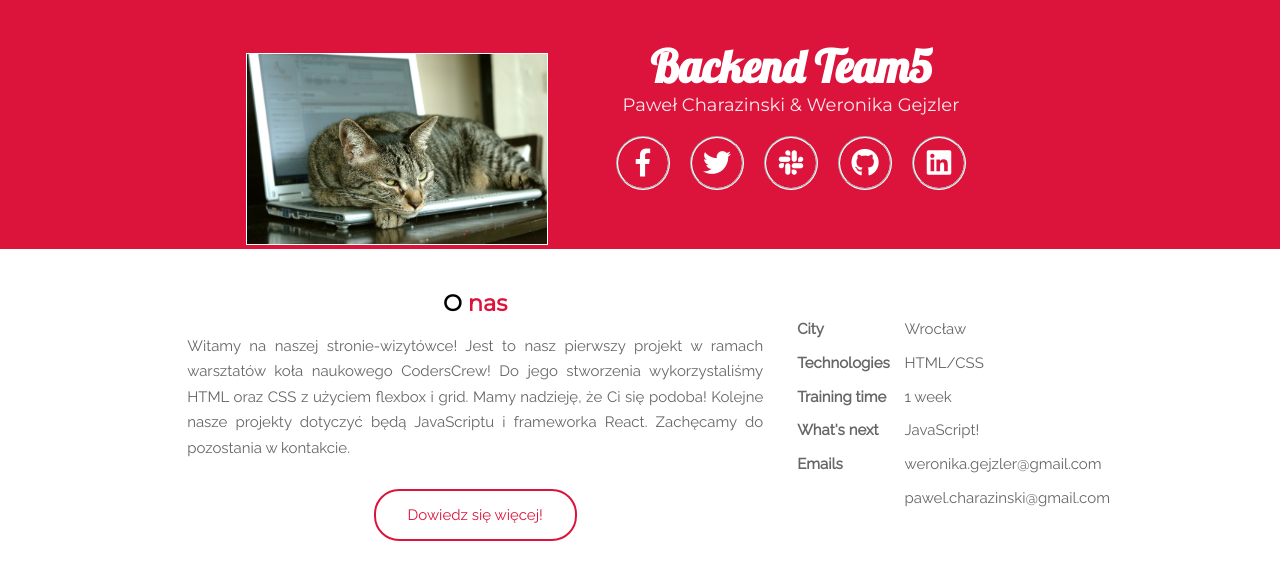
Repository: pietruszka/cc_proj1
Page: index.html
These files come from the project's save history. The page is drawn as it stood at one moment and after a run of saves; the edit follows.
The browser window is 1280 px wide. The pictures show the whole page.
Some web libraries are served in a nearby version.

Above is the page before, as saved 2018-11-18 20:56:52.

### index.html
<!DOCTYPE html>
<html lang="en">

<head>
    <meta charset="UTF-8">
    <meta name="viewport" content="width=device-width, initial-scale=1.0">
    <link rel="stylesheet" href="./style.css" />
    <link href="https://fonts.googleapis.com/css?family=Lobster" rel="stylesheet">
    <link href="https://use.fontawesome.com/releases/v5.0.8/css/all.css" rel="stylesheet">
    <link href="https://fonts.googleapis.com/css?family=Montserrat" rel="stylesheet">
    <link href="https://fonts.googleapis.com/css?family=Raleway" rel="stylesheet">
    <title>BackendTeam5</title>
</head>

<body>


        <div id="top">
            <div id="photo"><img id="photo1" src="people.jpg" alt=""></div>
            <div id="heading">


               <h1 id="heading1">Backend Team5</h1>
               <h2 id="heading2">Paweł Charazinski &amp; Weronika Gejzler</h2>
               <div class="nav">

                <div class="nav-item">
                    <a href="#" class="fab fa-facebook-f"></a>
                </div>
                <div class="nav-item">
                    <a href="#" class="fab fa-twitter"></a>
                </div>

                <div class="nav-item">
                    <a href="#" class="fab fa-slack"></a>
                </div>
                <div class="nav-item">
                    <a href="#" class="fab fa-github"></a>
                </div>
                <div class="nav-item">
                    <a href="#" class="fab fa-linkedin"></a>
                </div>
            </div>


            </div>

        </div>

        <div id="bottom">
            <div id="about">
<h1 id="h_about">O <span style="color:crimson">nas</span></h1>
<p id="p_about">Witamy na naszej stronie-wizytówce! Jest to nasz pierwszy projekt w ramach warsztatów koła naukowego CodersCrew! Do jego stworzenia wykorzystaliśmy HTML oraz CSS z użyciem flexbox i grid. Mamy nadzieję, że Ci się podoba! Kolejne nasze projekty dotyczyć będą JavaScriptu i frameworka React. Zachęcamy do pozostania w kontakcie.</p>
<div id="button">Dowiedz się więcej!</div>


            </div>
            <div id="details">
<table>
    <tr>
        <td class="table"><b>City</b></td>
        <td class="table">Wrocław</td>
    </tr>
    <tr>
        <td class="table"><b>Technologies</b></td>
        <td class="table">HTML/CSS</td>
    </tr>
    <tr>
        <td class="table"><b>Training time</b></td>
        <td class="table">1 week</td>
    </tr>
    <tr>
        <td class="table"><b>What's next</b></td>
        <td class="table">JavaScript!</td>
    </tr>
    <tr>
        <td class="table"><b>Emails</b></td>
        <td class="table">weronika.gejzler@gmail.com
        </td>
    </tr>
    <tr><td class="table"></td><td class="table">pawel.charazinski@gmail.com
        </td></tr>

</table>
</div>
        </div>


</div>
</body>

</html>

### style.css
body{
    margin: 0 0 1vw 0;
    font-size: 15px;


}
#top{
   display: flex;
   flex-direction: row;
   flex-wrap: wrap;
   align-items: center;
   justify-content: center;

    background-color: crimson;
    color: white;



}
#photo{
align-self: flex-end;


}
#photo1{
width: auto;
height: auto;
   max-width: 300px;
   max-height: 200px;
   border: 1px solid white;

}

#heading{

  padding: 3vw;

}

#heading1 {

    font-size: 3em;
    font-weight: 700;
        font-family: 'Lobster', cursive;
    text-align: center;
    margin:0;
   }
   #heading2 {

    font-size: 1.2em;
    font-weight: 100;
    font-family:  Montserrat;
    text-align: center;
    margin: 0%;
    opacity: 0.9;
    }

    a {
        color: white;
        text-decoration: none;

    }
    .nav {
        display: flex;
        justify-content: center;
        margin: 20px;
        flex-wrap: wrap;

    }

    .nav-item {

        animation: show 0.5s ease-in-out forwards;

        transition: all 0.3s ease-in-out;
        border-radius: 100%;
        border: groove 2px white;

        width: 50px;
        height: 50px;
        margin: 0 10px;
        display: flex;
        align-items: center;
        justify-content: center;

    }

    .nav-item:hover {
        cursor: pointer;

        opacity: 0.8;

    }

    .nav-item a:hover {

        opacity: 0.5;

    }

    .nav-item a {
        font-size: 28px;

    }

#bottom{
    display: flex;
    flex-direction: row;
    align-items: center;
    margin: 0 4vw;
     flex-wrap: wrap;
    justify-content: center;


}
#about{
   margin: 2vw;
   width: 45vw;
   text-align: center;
}
#h_about{
   font-family:  Montserrat;
    font-style: Bold;
    font-size: 1.5em;

        line-height: 29px;

}
#p_about{
   color: #666666;
   Font-Family: Raleway;
Font-Style: Regular;
text-align: justify;
Line-Height: 1.7em;

}
#button{
    margin: 1vw;
    border: 2px solid crimson;
    border-radius: 25px;
    background-color: white;
    color: crimson;

    padding: 15px 32px;
    text-align: center;
    text-decoration: none;
    display: inline-block;

    Font-Family: Raleway;
}

#button:hover {
    cursor: pointer;
    background-color: bisque;
    transform: scale(1.03);

}


#details{

    color: #666666;
    Font-Family: Raleway;
 Font-Style: Regular;

 Line-Height: 19px;
 text-Align: Left;


}
.table{
    padding: 0.5vw;

}

After the next 2 saves:
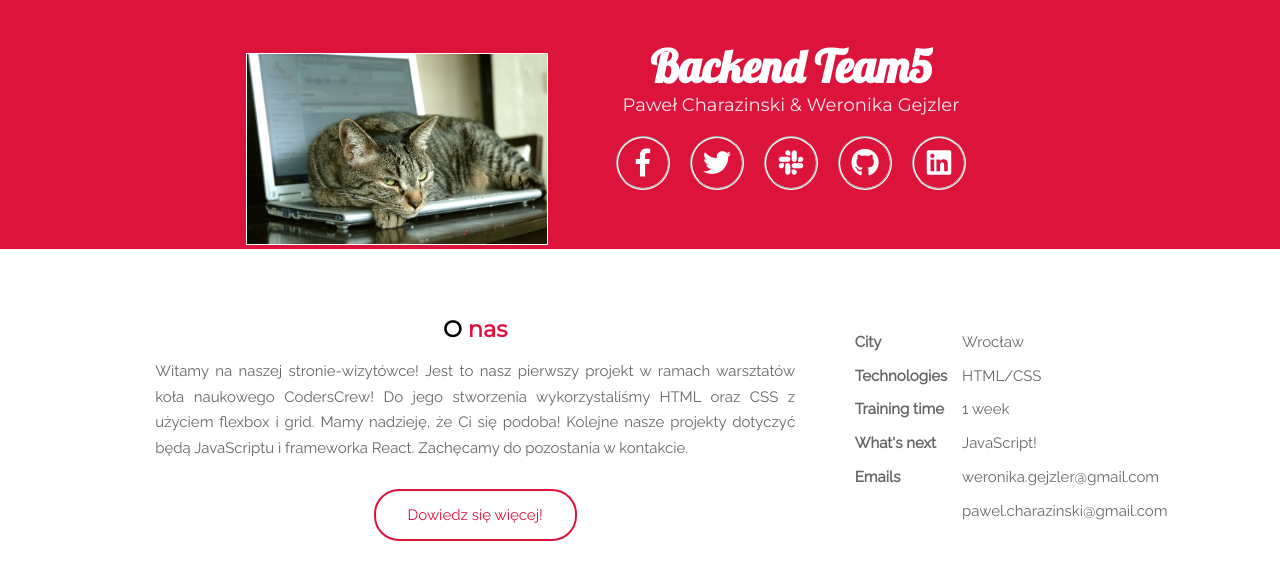
The 2 saves are shown as one change because they came seconds apart.
The last was saved 16 s later.
--- a/style.css
+++ b/style.css
@@ -114,8 +114,8 @@ height: auto;
 
 }
 #about{
-   margin: 2vw;
-   width: 45vw;
+   margin: 4vw;
+   width: 50vw;
    text-align: center;
 }
 #h_about{
